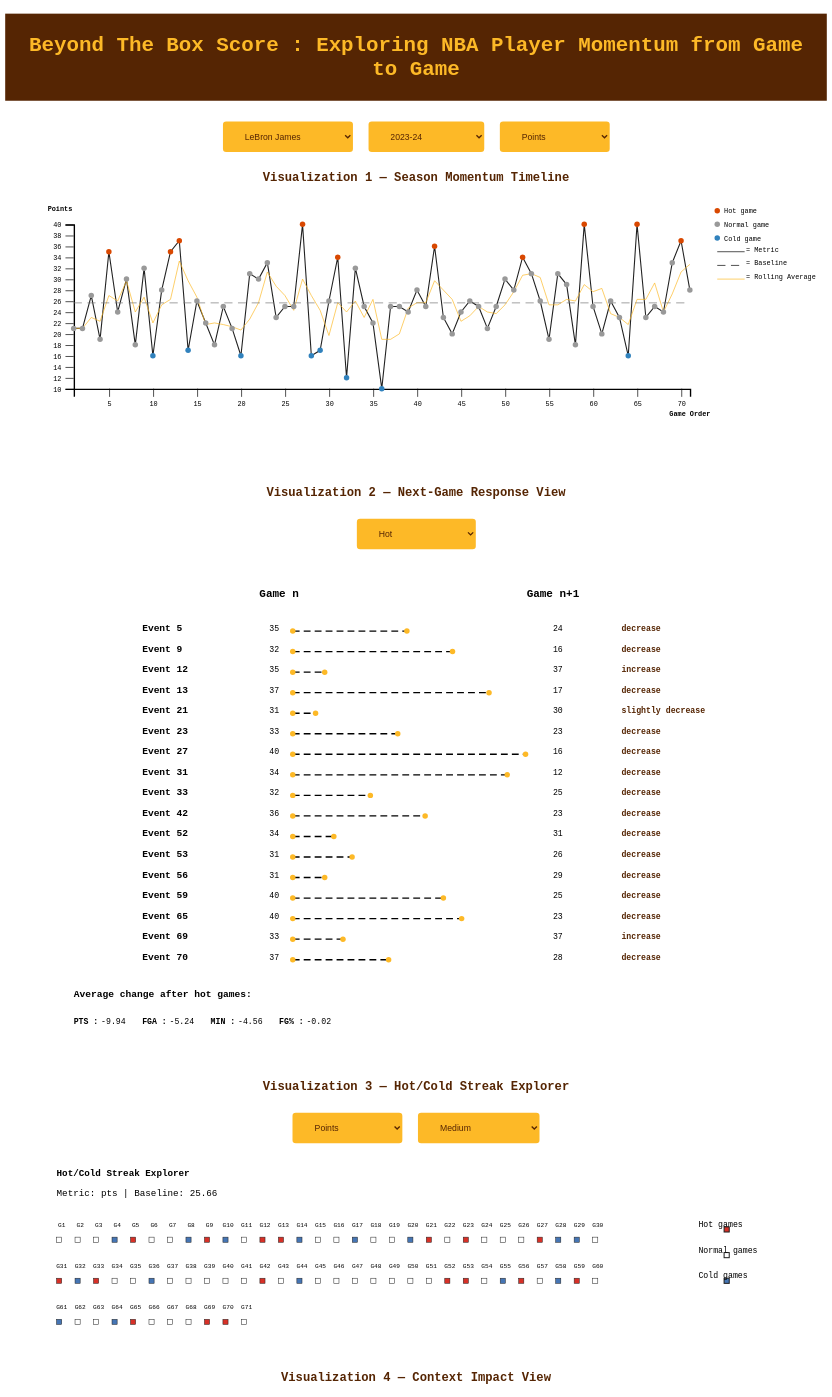
Repository: houdafatih/Data-Viz-Project
Page: index.html
An editor plug-in stored every save of this project. The page is shown before and after the next save, followed by the edit.
The browser window is 1280 px wide. The pictures show the whole page, at 65% of full size.

Above is the page before, as saved 2026-06-21 03:00:37.

After the next save:
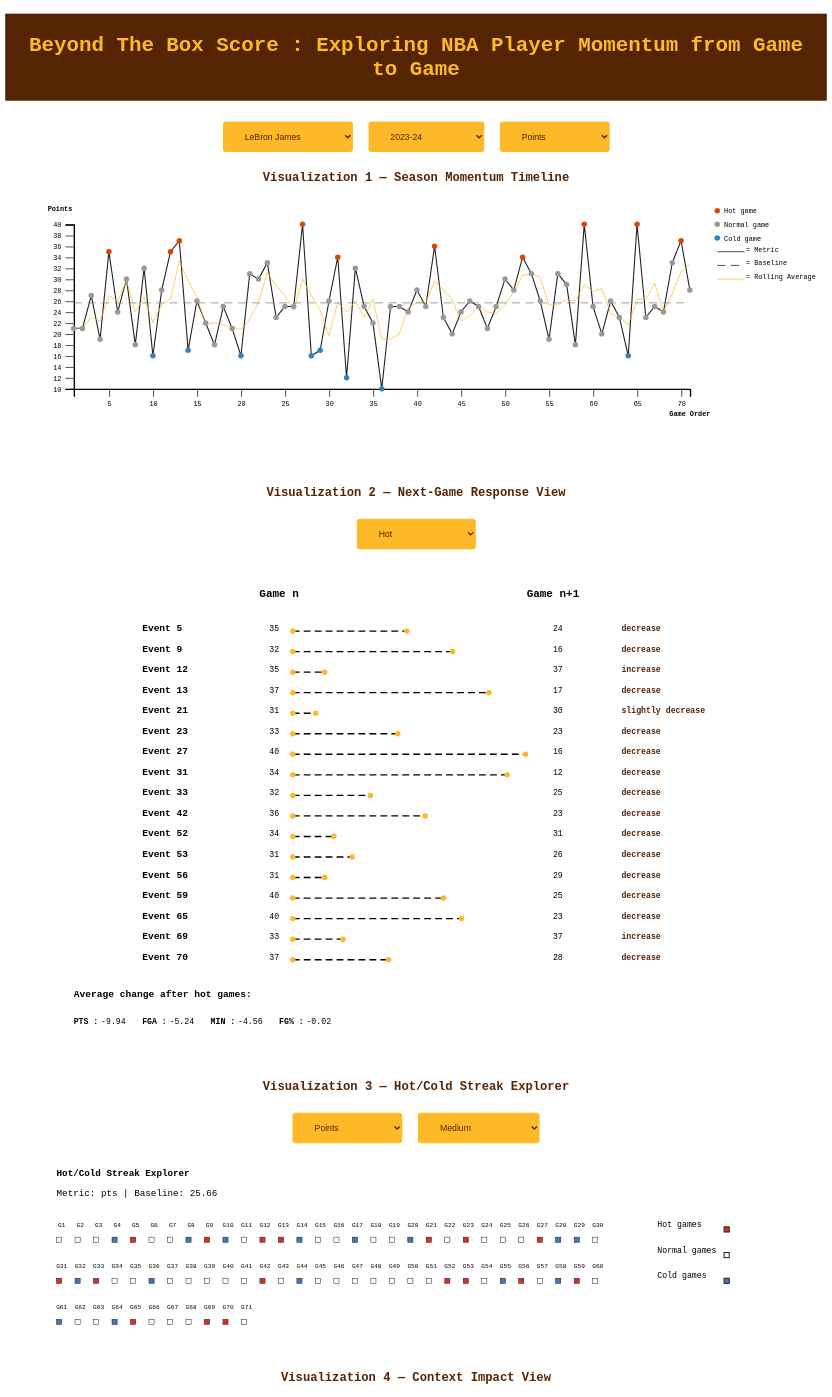
Saved 10 s later.
--- a/scripts/visualization3.js
+++ b/scripts/visualization3.js
@@ -104,5 +104,5 @@
     .attr("width",5).attr("height",5).attr("fill",d => d.color).attr("stroke","#222")
 
     svg.selectAll(".legend-tex").data(colors_labels).enter().append("text").attr("class",".legend-tex")
-    .attr("x",canvas.width - 125).attr("y",(d,j) => 75 + j * 25).attr("font-size","8px").text(d => d.lab)
+    .attr("x",canvas.width - 165).attr("y",(d,j) => 75 + j * 25).attr("font-size","8px").text(d => d.lab)
 }
